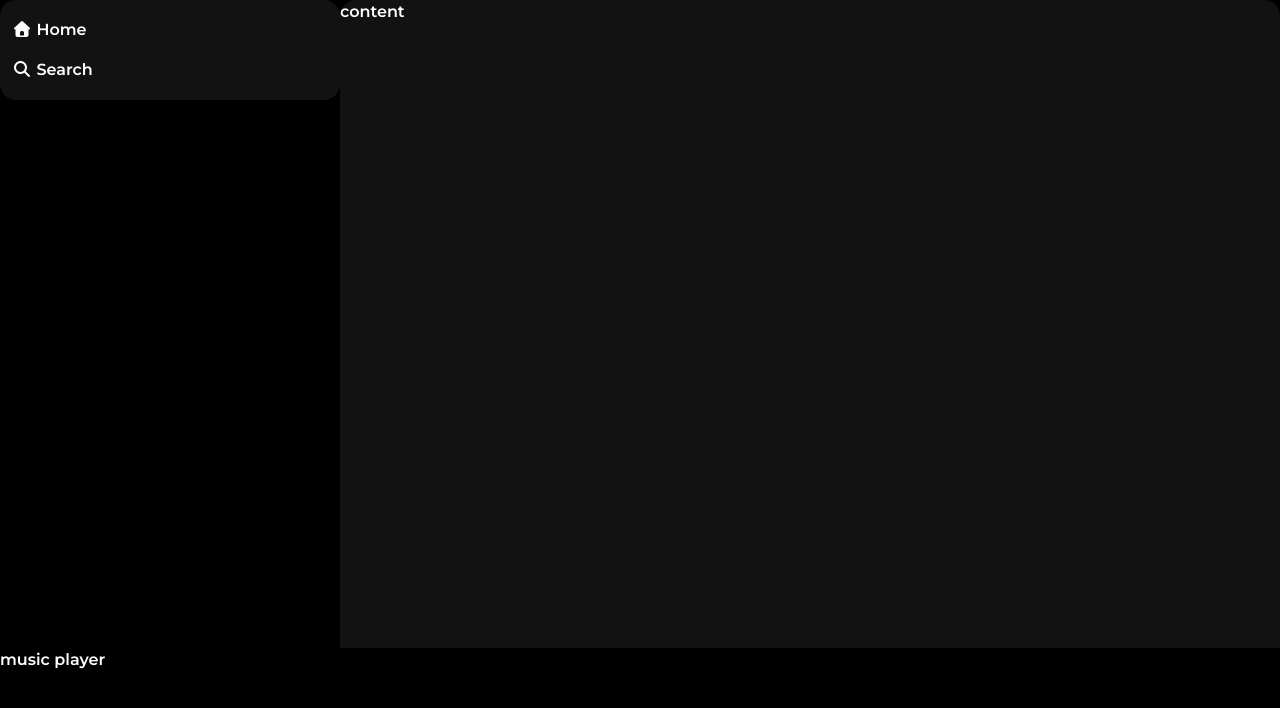
Repository: ketanBisht/spotifyFrontEnd
Page: index.html
The author's editor kept a copy of each file at every save. The page is drawn from the files as they stood at one save, then again after a run of saves.
The browser window is 1280 px wide. The pictures show the whole page.
Some web fonts or font styles are not loaded; a fallback is used. Some web libraries are served in a nearby version.

Above is the page before, as saved 2025-08-17 20:58:03.

### index.html
<!DOCTYPE html>
<html lang="en">
<head>
    <meta charset="UTF-8">
    <meta name="viewport" content="width=device-width, initial-scale=1.0">
    <link rel="stylesheet" href="https://cdnjs.cloudflare.com/ajax/libs/font-awesome/7.0.0/css/all.min.css" integrity="sha512-DxV+EoADOkOygM4IR9yXP8Sb2qwgidEmeqAEmDKIOfPRQZOWbXCzLC6vjbZyy0vPisbH2SyW27+ddLVCN+OMzQ==" crossorigin="anonymous" referrerpolicy="no-referrer" />
    <link href="https://cdn.jsdelivr.net/npm/bootstrap@5.3.7/dist/css/bootstrap.min.css" rel="stylesheet" integrity="sha384-LN+7fdVzj6u52u30Kp6M/trliBMCMKTyK833zpbD+pXdCLuTusPj697FH4R/5mcr" crossorigin="anonymous">
    <link rel="stylesheet" href="style.css">
    <link rel="icon" href="./assets/logo.png">
    <title> front end clone</title>
    <link rel="preconnect" href="https://fonts.googleapis.com">
    <link rel="preconnect" href="https://fonts.gstatic.com" crossorigin>
    <link href="https://fonts.googleapis.com/css2?family=Fira+Code:wght@300..700&family=IBM+Plex+Serif:ital,wght@0,100;0,200;0,300;0,400;0,500;0,600;0,700;1,100;1,200;1,300;1,400;1,500;1,600;1,700&family=Libertinus+Serif:ital,wght@0,400;0,600;0,700;1,400;1,600;1,700&family=Montserrat:ital,wght@0,100..900;1,100..900&family=Mukta:wght@200;300;400;500;600;700;800&family=Open+Sans:ital,wght@0,300..800;1,300..800&display=swap" rel="stylesheet">

</head>
<body>
    <div class="main">
        <div class="sideBar">
            <div class="nav">
                <div class="navOption">
                    <i class="fa-solid fa-house"></i>
                    <a href="">Home</a>
                </div>
                <div class="navOption">
                    <i class="fa-solid fa-magnifying-glass"></i>
                    <a href="">Search</a>
                </div>
            </div>
            <div class="library"></div>
        </div>
        <div class="mainContent">content</div>
        <div class="player">music player</div>
    </div>



    <script src="https://cdn.jsdelivr.net/npm/bootstrap@5.3.7/dist/js/bootstrap.bundle.min.js" integrity="sha384-ndDqU0Gzau9qJ1lfW4pNLlhNTkCfHzAVBReH9diLvGRem5+R9g2FzA8ZGN954O5Q" crossorigin="anonymous"></script>
</body>
</html>

### style.css
body{
  font-family: "Montserrat", sans-serif;
  font-optical-sizing: auto;
  font-weight: 512;
  font-style: normal;
  background-color: black;
  color: white;
  overflow: hidden;
}

.main{
    display: flex;
    height: 100vh;
}

.sideBar{
    width: 340px;
    border-radius: 1rem;
    -webkit-border-radius: 1rem;
    -moz-border-radius: 1rem;
    -ms-border-radius: 1rem;
    -o-border-radius: 1rem;
}

.mainContent{
    flex: 1;
    border-radius: 1rem;
    -webkit-border-radius: 1rem;
    -moz-border-radius: 1rem;
    -ms-border-radius: 1rem;
    -o-border-radius: 1rem;
    overflow: auto;
    background-color: #121212;
}

.player{
    position: fixed;
    bottom:0;
    width: 100%;
    height: 72px;
    background-color: black;
}
a{
    text-decoration: none;
    color: white;
}

.nav{
    background-color: #121212;
    border-radius: 1rem;
    -webkit-border-radius: 1rem;
    -moz-border-radius: 1rem;
    -ms-border-radius: 1rem;
    -o-border-radius: 1rem;
    display: flex;
    flex-direction: column;
    justify-content: center;
    height: 100px;
    padding: 0.5rem 0.75rem;
}
.navOption{
    line-height: 2.5rem;
}

.navOption i{
    font: size 1.25rem;
}

.navOption a{
    font-size: 1rem;
}

After the next 6 saves:
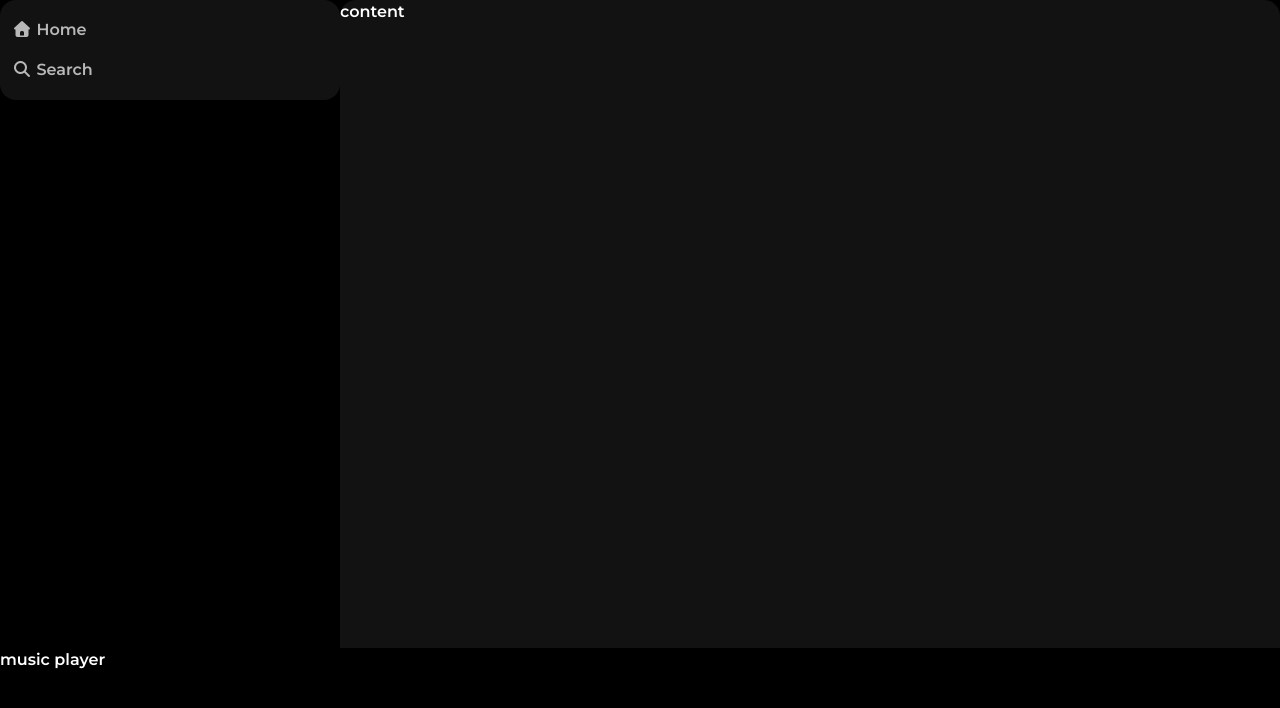
The 6 saves are shown as one change because they came seconds apart.
The last was saved 82 s later.
--- a/style.css
+++ b/style.css
@@ -60,7 +60,10 @@ a{
 }
 .navOption{
     line-height: 2.5rem;
+    opacity: 0.7;
 }
+
+.navOption :
 
 .navOption i{
     font: size 1.25rem;
